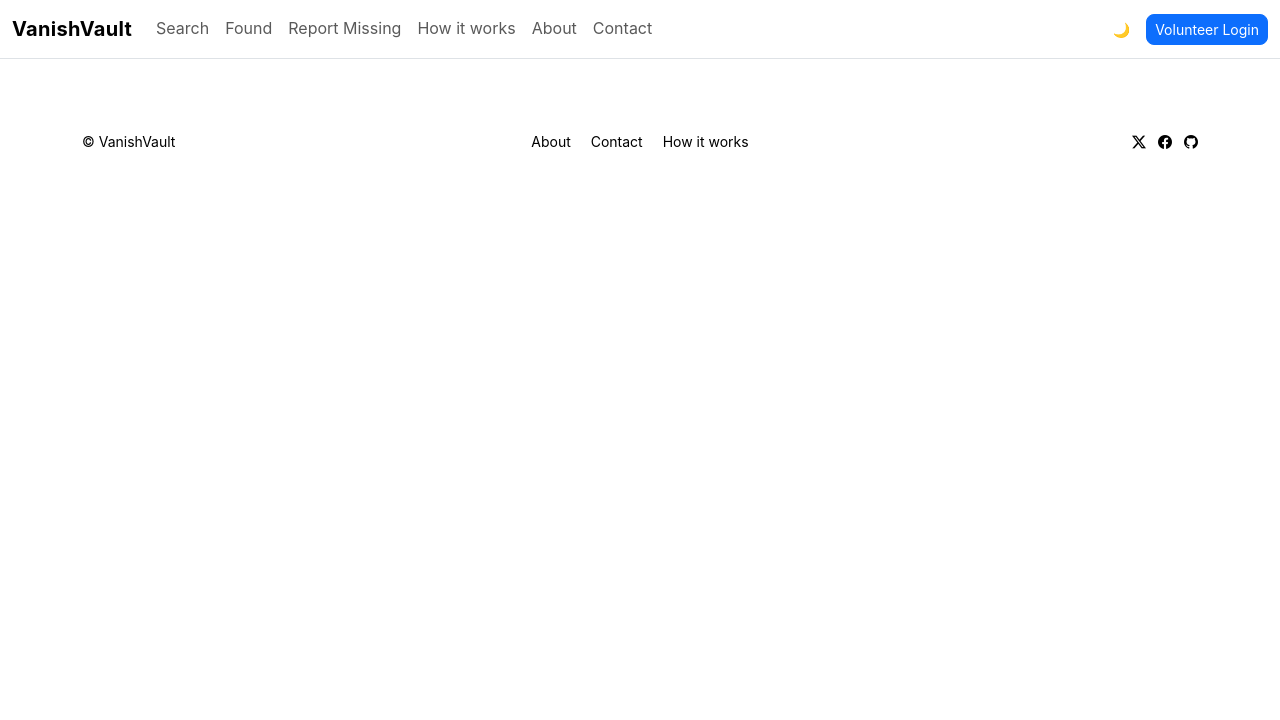
Repository: nidhi-jpg/Vanish-Vault
Page: templates/base.html
An editor plug-in stored every save of this project. The page is shown before and after the next save, followed by the edit.
The browser window is 1280 px wide. The pictures show the whole page.
The template is drawn by Django 3.2. The application's start-up code is not run. Other server files are loaded and not shown. The template is opened directly, without the code that normally fills it, so the values that code supplies are empty.

Above is the page before, as saved 2025-09-01 14:52:39.

### templates/base.html
<!DOCTYPE html>
<html lang="en">
<head>
    <meta charset="UTF-8">
    <meta name="viewport" content="width=device-width, initial-scale=1">
    <title>VanishVault – Search. Identify. Reunite.</title>
    <link href="https://cdn.jsdelivr.net/npm/bootstrap@5.3.3/dist/css/bootstrap.min.css" rel="stylesheet">
    <link href="https://cdn.jsdelivr.net/npm/bootstrap-icons@1.11.3/font/bootstrap-icons.css" rel="stylesheet">
    <link rel="stylesheet" href="/static/css/styles.css">
    <meta name="theme-color" content="#0d6efd">
</head>
<body>
<nav class="navbar navbar-expand-lg navbar-light bg-surface border-bottom sticky-top">
  <div class="container-fluid">
    <a class="navbar-brand fw-bold" href="/">VanishVault</a>
    <button class="navbar-toggler" type="button" data-bs-toggle="collapse" data-bs-target="#nav" aria-controls="nav" aria-expanded="false" aria-label="Toggle navigation">
      <span class="navbar-toggler-icon"></span>
    </button>
    <div class="collapse navbar-collapse" id="nav">
      <ul class="navbar-nav me-auto mb-2 mb-lg-0">
        <li class="nav-item"><a class="nav-link {% if request.path|slice:':8' == '/search/' %}active{% endif %}" href="/search/" aria-current="{% if request.path|slice:':8' == '/search/' %}page{% endif %}">Search</a></li>
        <li class="nav-item"><a class="nav-link {% if request.path|slice:':7' == '/found/' %}active{% endif %}" href="/found/" aria-current="{% if request.path|slice:':7' == '/found/' %}page{% endif %}">Found</a></li>
        <li class="nav-item"><a class="nav-link {% if request.path|slice:':9' == '/reports/' %}active{% endif %}" href="/reports/report-missing/" aria-current="{% if request.path|slice:':9' == '/reports/' %}page{% endif %}">Report Missing</a></li>
        <li class="nav-item"><a class="nav-link" href="/#how-it-works">How it works</a></li>
        <li class="nav-item"><a class="nav-link {% if request.path == '/about/' %}active{% endif %}" href="/about/" aria-current="{% if request.path == '/about/' %}page{% endif %}">About</a></li>
        <li class="nav-item"><a class="nav-link {% if request.path == '/contact/' %}active{% endif %}" href="/contact/" aria-current="{% if request.path == '/contact/' %}page{% endif %}">Contact</a></li>
      </ul>
      <ul class="navbar-nav align-items-center gap-2">
        <li class="nav-item">
          <button id="themeToggle" class="btn btn-ghost btn-sm" type="button" aria-label="Toggle theme">🌙</button>
        </li>
        {% if user.is_authenticated %}
          <li class="nav-item"><span class="nav-link">Hi {{ user.username }}</span></li>
          <li class="nav-item"><a class="btn btn-outline-primary btn-sm" href="/accounts/logout/">Logout</a></li>
        {% else %}
          <li class="nav-item"><a class="btn btn-primary btn-sm" href="/accounts/login/">Volunteer Login</a></li>
        {% endif %}
      </ul>
    </div>
  </div>
  </nav>

  <main class="container py-4">
    {% block content %}{% endblock %}
  </main>

  <footer class="site-footer py-4 mt-auto">
    <div class="container">
      <div class="row align-items-center g-2">
        <div class="col-12 col-md-4 small text-center text-md-start">
          © {{ now|date:'Y' }} VanishVault
        </div>
        <div class="col-12 col-md-4 small text-center">
          <a href="/about/" class="me-3">About</a>
          <a href="/contact/" class="me-3">Contact</a>
          <a href="/#how-it-works">How it works</a>
        </div>
        <div class="col-12 col-md-4 small text-center text-md-end">
          <a class="me-2" href="#" aria-label="Twitter"><i class="bi bi-twitter-x"></i></a>
          <a class="me-2" href="#" aria-label="Facebook"><i class="bi bi-facebook"></i></a>
          <a class="" href="#" aria-label="GitHub"><i class="bi bi-github"></i></a>
        </div>
      </div>
    </div>
  </footer>

  <script src="https://cdn.jsdelivr.net/npm/bootstrap@5.3.3/dist/js/bootstrap.bundle.min.js"></script>
  <script src="/static/js/app.js"></script>
</body>
</html>

### static/css/styles.css
/* VanishVault Dark Theme - Using specified color tokens */
:root {
  --bg-base: #0B0F14;
  --bg-card: #111827;
  --text-primary: #F5F7FA;
  --text-muted: #9AA4B2;
  --primary: #00ADB5;
  --primary-dark: #008B91;
  --accent: #FF6B35;
  --accent-dark: #E55A2B;
  --radius: 16px;
  --shadow-soft: 0 4px 20px rgba(0, 0, 0, 0.15);
  --shadow-card: 0 8px 32px rgba(0, 0, 0, 0.25);
}

/* Base styles */
body {
  background-color: var(--bg-base);
  color: var(--text-primary);
  font-family: -apple-system, BlinkMacSystemFont, 'Segoe UI', Roboto, sans-serif;
  line-height: 1.6;
}

.dark-theme {
  background-color: var(--bg-base);
  color: var(--text-primary);
}
body { background: radial-gradient(1000px 480px at 15% -10%, rgba(239,68,68,.12), transparent),
               radial-gradient(900px 420px at 85% -15%, rgba(168,85,247,.08), transparent),
               var(--bg); color: var(--text); }
.bg-surface{ background-color: var(--surface)!important; }
.navbar-brand { letter-spacing: 0.3px; }
.btn-ghost{ background: transparent; border: 0; }
.gradient-text{ background: linear-gradient(90deg,#ef4444 0%, #f97316 40%, #a855f7 100%); -webkit-background-clip:text; background-clip:text; color: transparent; }
.card img { object-fit: cover; height: 180px; }
@media (max-width: 576px) {
  .card img { height: 140px; }
}

/* Elevation and rounded corners */
.card { border: 1px solid var(--card-border); box-shadow: var(--shadow); border-radius: 1rem; overflow: hidden; }
.btn { border-radius: .5rem; }
.form-control, .form-select { border-radius: .5rem; }

/* Utility colors */
.badge-soft{ background: rgba(239,68,68,.10); color:#fecaca; border:1px solid rgba(239,68,68,.20)}
.chip{ display:inline-flex; align-items:center; gap:.35rem; padding:.35rem .6rem; border-radius:999px; border:1px solid var(--card-border); background: var(--surface); color: var(--muted); font-size:.85rem }
.chip i{ color: var(--primary) }
.btn-gradient{ background: linear-gradient(90deg, var(--primary), var(--accent)); color:#fff; border: 0; box-shadow: 0 6px 16px rgba(239,68,68,.25) }
.btn-gradient:hover{ filter: brightness(1.05) }

/* Hero tweaks */
.hero { position: relative; overflow: hidden; background: var(--surface); border: 1px solid var(--card-border); border-radius: 1rem; box-shadow: 0 0 0 1px rgba(239,68,68,.08), 0 0 40px var(--glow-red); }
.hero::before{ content:""; position:absolute; inset:-20%; background: conic-gradient(from 180deg at 50% 50%, rgba(239,68,68,.25), rgba(168,85,247,.20), rgba(34,197,94,.15), rgba(239,68,68,.25)); filter: blur(60px); animation: rotate 14s linear infinite; }
.hero::after{ content:""; position:absolute; inset:auto auto -30% -30%; width: 60%; height: 60%; background: radial-gradient(60% 60% at 50% 50%, var(--glow-red-strong), transparent 70%); filter: blur(30px); transform: rotate(12deg); }
@keyframes rotate{ to{ transform: rotate(360deg); } }

/* Red glow utility */
.red-glow{ box-shadow: 0 0 0 1px rgba(239,68,68,.25), 0 0 28px var(--glow-red) !important; }

/* Glass effect */
.glass{ background: rgba(15,22,41,.5); border: 1px solid rgba(255,255,255,.08); backdrop-filter: blur(10px); }

/* Hover and transitions */
.card, .btn, .form-control, .form-select, .navbar, .hero { transition: all .2s ease; }
.card:hover { transform: translateY(-2px); box-shadow: 0 12px 30px rgba(15,23,42,.22); }

/* Section headings */
.section-title{ display:flex; align-items:center; gap:.6rem; font-weight:700 }
.section-title .bar{ width:28px; height:6px; border-radius:999px; background: linear-gradient(90deg, var(--primary), #f97316); box-shadow: 0 0 20px var(--glow-red); }

/* Card meta */
.meta{ display:flex; flex-wrap:wrap; gap:.4rem }
.meta .pill{ background: rgba(255,255,255,.06); color: var(--muted); border:1px solid var(--card-border); border-radius: 999px; padding:.2rem .5rem; font-size:.75rem }

/* Reveal on scroll */
.reveal{ opacity: 0; transform: translateY(8px); }
.reveal.show{ opacity: 1; transform: none; transition: all .4s ease; }

/* Shimmer skeleton */
.shimmer{ position: relative; overflow: hidden; background: linear-gradient(90deg, #0f172a 25%, #111827 37%, #0f172a 63%); background-size: 400% 100%; animation: shimmer 1.4s ease infinite; }
@keyframes shimmer{ 0%{ background-position: 100% 0 } 100%{ background-position: -100% 0 } }

/* Navbar active state */
.navbar .nav-link.active, .navbar .nav-link[aria-current="page"]{ color: var(--text); position: relative; }
.navbar .nav-link.active::after, .navbar .nav-link[aria-current="page"]::after{
  content:""; position:absolute; left: .5rem; right: .5rem; bottom: .2rem; height: 2px; border-radius: 999px; background: var(--primary);
  box-shadow: 0 0 12px var(--glow-red);
}

/* Filter card & inputs */
.filter-card{ border-radius: 1rem; border: 1px solid var(--card-border); background: var(--surface); box-shadow: var(--shadow); }
.filter-card .form-control, .filter-card .form-select{ background: rgba(255,255,255,.04); color: var(--text); border:1px solid var(--card-border); }
.filter-card .btn{ border-radius: .6rem; }

/* Result cards */
.result-card .card-img-top{ height: 160px; }
.result-card .card-title{ font-size: .95rem; }
.result-card .meta{ gap:.35rem }
.result-card .meta .pill{ background: rgba(255,255,255,.05) }

/* Empty state */
.empty-state{ text-align:center; padding: 2.5rem 1rem; border: 1px dashed var(--card-border); border-radius: 1rem; background: rgba(255,255,255,.03); }
.empty-state .icon{ width:56px; height:56px; display:inline-flex; align-items:center; justify-content:center; border-radius: 50%; background: rgba(239,68,68,.12); color: var(--primary); box-shadow: 0 0 18px var(--glow-red) inset; }
.empty-state p{ margin: .5rem 0 0; color: var(--muted); }

/* Footer */
.site-footer{ background: var(--surface); border-top:1px solid var(--card-border); }
.site-footer a{ color: var(--muted); text-decoration: none; }
.site-footer a:hover{ color: var(--text); }

### static/js/app.js
// Theme toggle with localStorage
(function(){
  const storageKey = 'vv-theme';
  const apply = (mode)=>{ document.documentElement.classList.toggle('dark', mode === 'dark'); };
  const stored = localStorage.getItem(storageKey);
  const initial = stored || 'dark';
  apply(initial);
  const btn = document.getElementById('themeToggle');
  if(btn){
    btn.addEventListener('click', ()=>{
      const next = document.documentElement.classList.contains('dark') ? 'light' : 'dark';
      localStorage.setItem(storageKey, next);
      apply(next);
      btn.textContent = next === 'dark' ? '🌙' : '☀️';
    });
    btn.textContent = document.documentElement.classList.contains('dark') ? '🌙' : '☀️';
  }
})();

// Simple reveal-on-scroll for cards
(function(){
  const els = document.querySelectorAll('.reveal');
  if(!('IntersectionObserver' in window)){
    els.forEach(e=>e.classList.add('show')); return;
  }
  const io = new IntersectionObserver((entries)=>{
    entries.forEach(en=>{ if(en.isIntersecting){ en.target.classList.add('show'); io.unobserve(en.target); } });
  }, { threshold: .15 });
  els.forEach(e=>io.observe(e));
})();

After the next save:
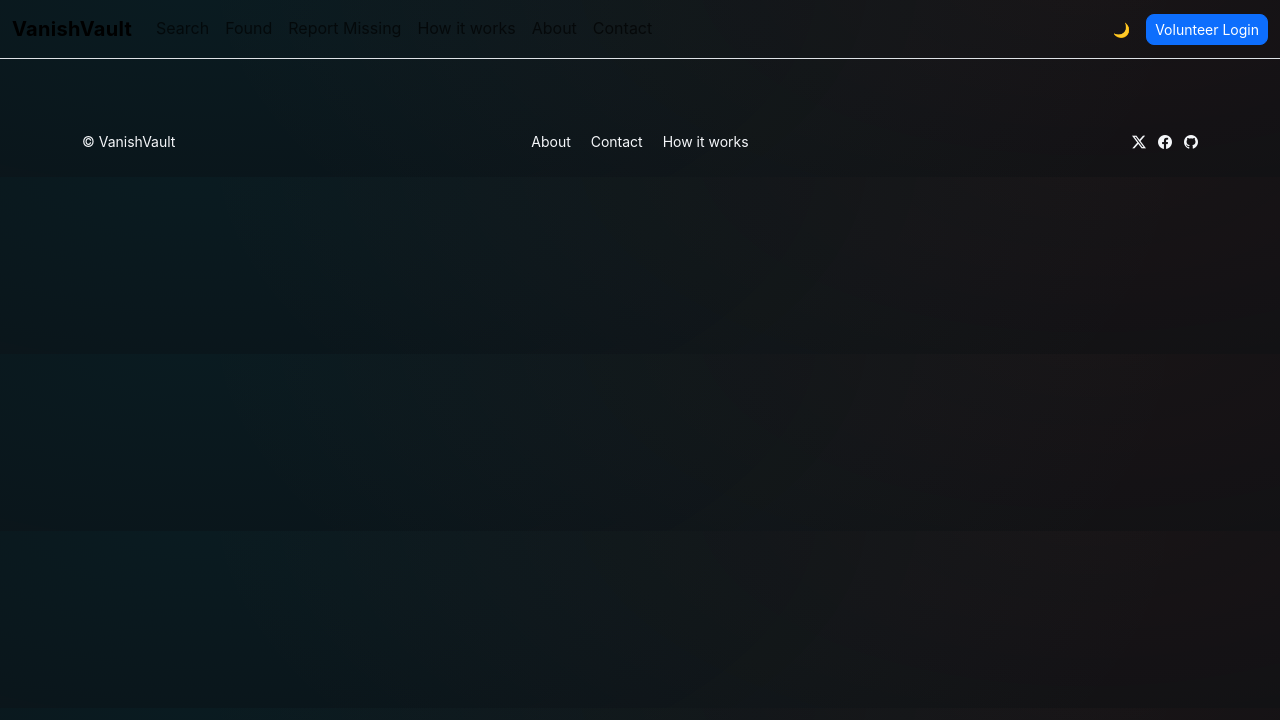
Saved 11 s later.
--- a/static/css/styles.css
+++ b/static/css/styles.css
@@ -25,9 +25,12 @@ body {
   background-color: var(--bg-base);
   color: var(--text-primary);
 }
-body { background: radial-gradient(1000px 480px at 15% -10%, rgba(239,68,68,.12), transparent),
-               radial-gradient(900px 420px at 85% -15%, rgba(168,85,247,.08), transparent),
-               var(--bg); color: var(--text); }
+/* Background gradient */
+body {
+  background: radial-gradient(1000px 480px at 15% -10%, rgba(0, 173, 181, 0.08), transparent),
+             radial-gradient(900px 420px at 85% -15%, rgba(255, 107, 53, 0.06), transparent),
+             var(--bg-base);
+}
 .bg-surface{ background-color: var(--surface)!important; }
 .navbar-brand { letter-spacing: 0.3px; }
 .btn-ghost{ background: transparent; border: 0; }
